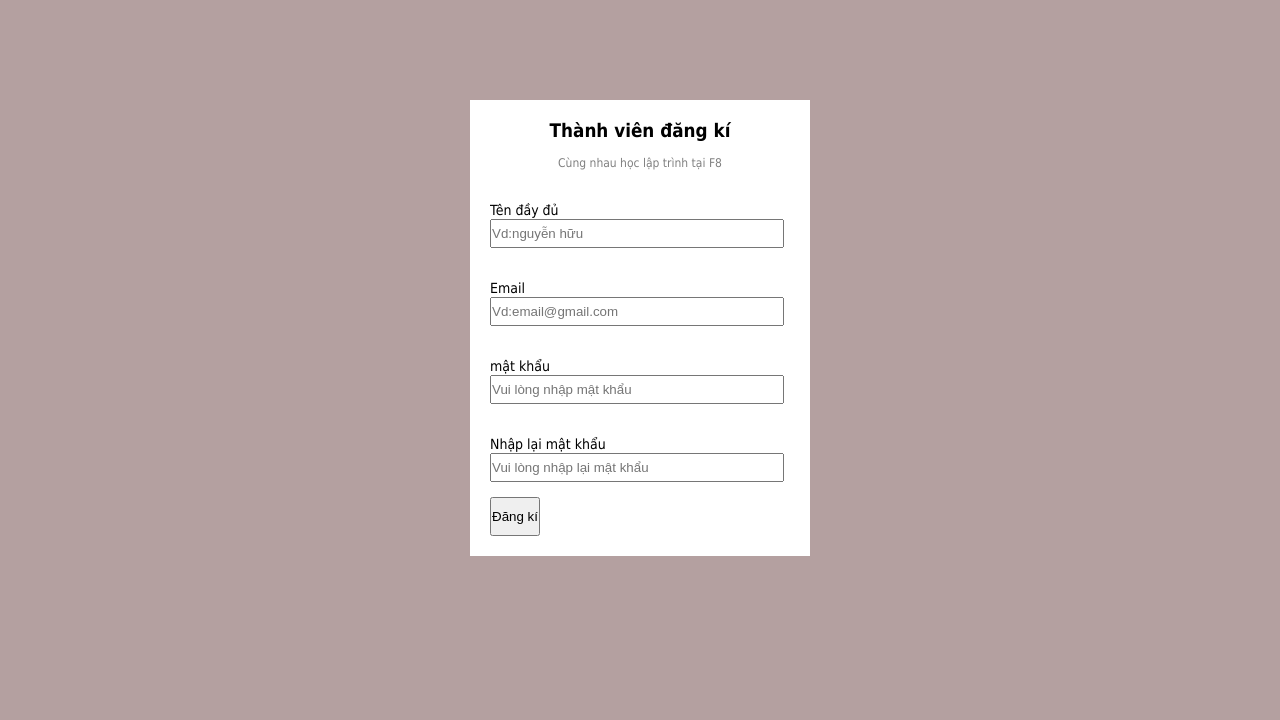
Repository: HuunvDev/Validator
Page: index.html
These files come from the project's save history. The page is drawn as it stood at one moment and after the next save; the edit follows.
The browser window is 1280 px wide. The pictures show the whole page.

Above is the page before, as saved 2022-08-20 09:28:36.

### index.html
<!DOCTYPE html>
<html lang="en">
<head>
    <meta charset="UTF-8">
    <meta http-equiv="X-UA-Compatible" content="IE=edge">
    <meta name="viewport" content="width=device-width, initial-scale=1.0">
    <title>validator</title>
    <link rel="stylesheet" href="style.css">
</head>
<body>
    <div class="main">
        <form action="" method="POST" class="form" id="form-1">
            <h3 class="heading">Thành viên đăng kí</h3>
            <p class="desc">Cùng nhau học lập trình tại F8</p>
            <div class="pacer"></div>
            <div class="form-group">
                <label for="fullName" class="form-lable">Tên đầy đủ</label><br>
                <input type="text" id="fullName" name="fullName" placeholder="Vd:nguyễn hữu"><br>
                <span class="form-message"></span>
            </div>
            <div class="form-group">
                <label for="email" class="form-lable">Email</label><br>
                <input type="text" id="email" name="email" placeholder="Vd:email@gmail.com"><br>
                <span class="form-message"></span>
            </div>
            <div class="form-group">
                <label for="password" class="form-lable">mật khẩu</label><br>
                <input type="text" id="password" name="password" placeholder="Vui lòng nhập mật khẩu"><br>
                <span class="form-message"></span>
            </div>
            <div class="form-group">
                <label for="password_confirmation" class="form-lable">Nhập lại mật khẩu</label><br>
                <input type="text" id="password_confirmation" name="password_confirmation" placeholder="Vui lòng nhập lại mật khẩu"><br>
                <span class="form-message"></span>
            </div>
           <button class="form-submit">Đăng kí</button>
        </form>
    </div>
    <script src="main.js"></script>
</body>
</html>

### style.css

*{
    margin:0;
    padding:0;
    overflow: hidden;
}
body{
    background-color:rgb(180, 160, 160);
}
.main {
    width: 300px;
    box-shadow: 0 0 0 rgb(0 0 0 / 10%);
    margin: auto;
    margin-top: 100px;
    padding: 20px;
    background-color: #fff;
    font-family: tahoma;
}
h3.heading {
    text-align: center;
}
p.desc {
    text-align: center;
    font-size: 12px;
    color: grey;
    padding: 15px 0;
}
.form-group {
    padding: 15px 0;
}

label.form-lable {
    font-size: 14px;
}
input {
    width: 290px;
    height: 25px;
}
button{
    padding:10px 0;
    height:
}

### main.js
var fullName = document.getElementById('fullName');
var message = document.getElementsByClassName("form-message");
fullName.onblur = function(){
    if(!fullName.value){
        message.innerText ="Vui lòng nhập trường này";
    }
}

After the next save:
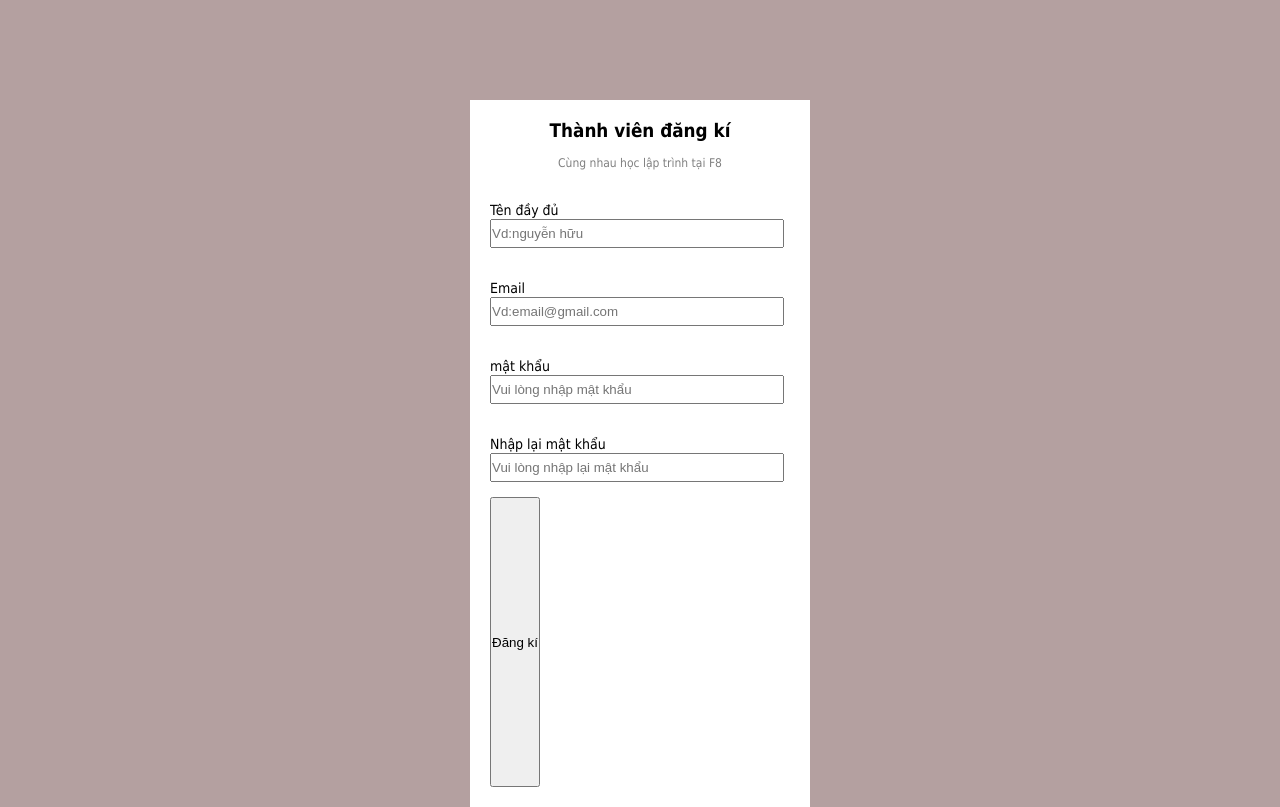
Saved 4 s later.
--- a/style.css
+++ b/style.css
@@ -38,5 +38,5 @@ input {
 }
 button{
     padding:10px 0;
-    height:
+    height:290px;
 }
